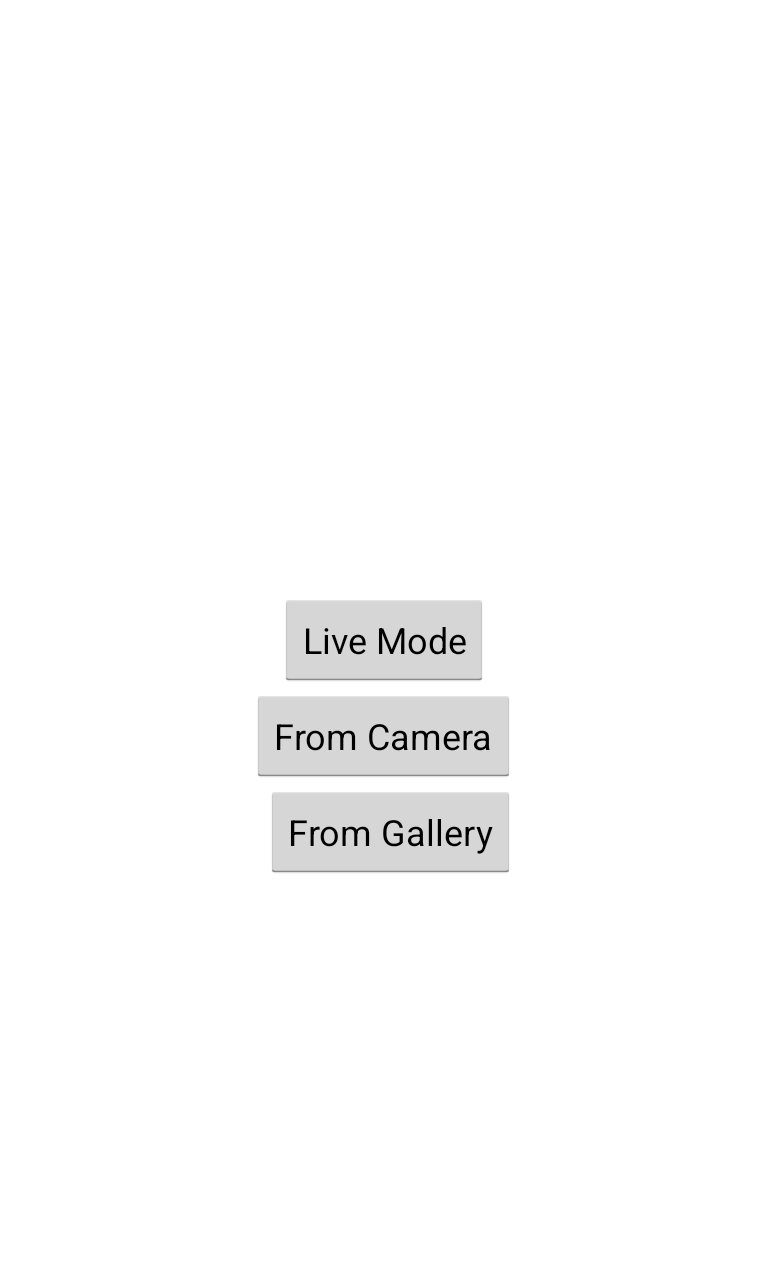
Repository: renatovieira/tcc2013
Layout: TCC/res/layout/activity_filter.xml
An editor plug-in stored every save of this project. The layout is shown before and after the next save, followed by the edit.
It is drawn on a 768 x 1280 px phone screen (xhdpi) without system bars, with theme AppTheme; the app's code is not run.

Above is the layout before, as saved 2013-07-21 19:49:21.

After the next save:
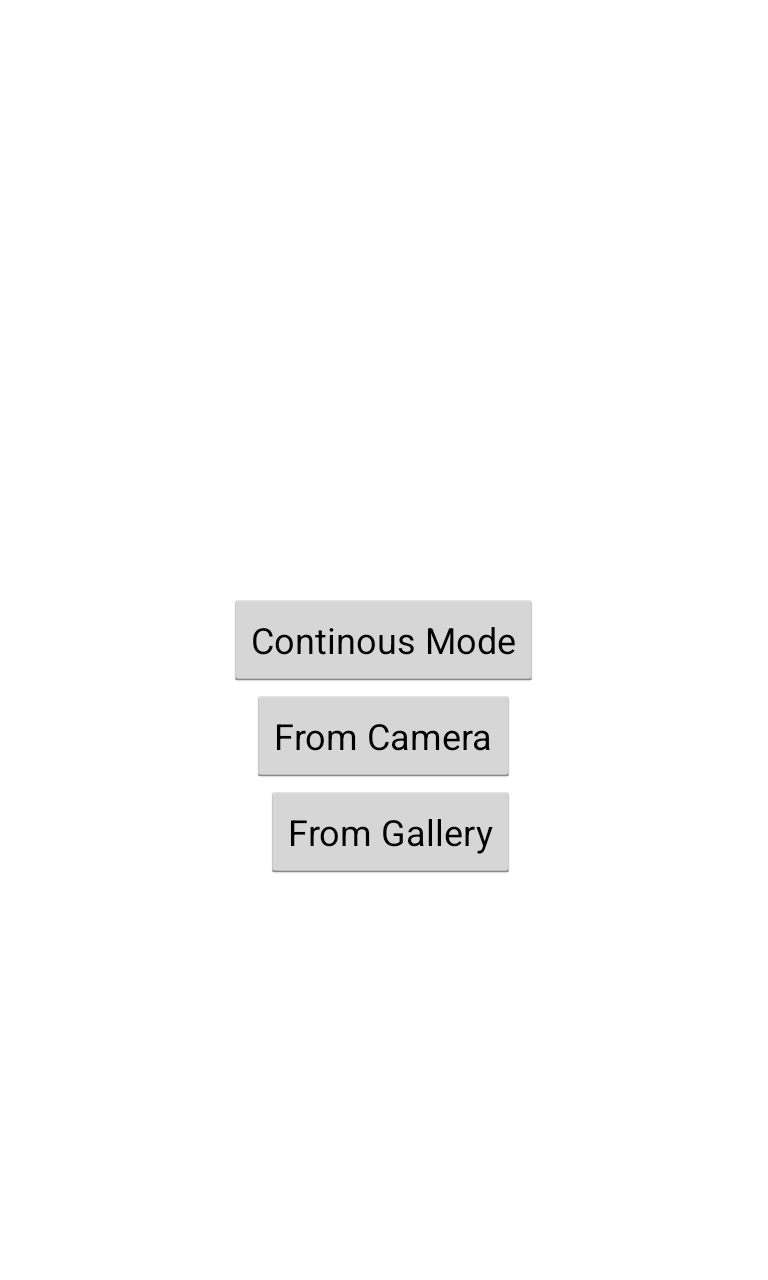
Saved 18 min 58 s later.
--- a/TCC/res/values/strings.xml
+++ b/TCC/res/values/strings.xml
@@ -5,7 +5,7 @@
     <string name="action_settings">Settings</string>
 
 	<!--     FilterActivity -->
-    <string name="live_mode">Live Mode</string>
+    <string name="live_mode">Continous Mode</string>
     <string name="from_gallery">From Gallery</string>
     <string name="from_camera">From Camera</string>
 
